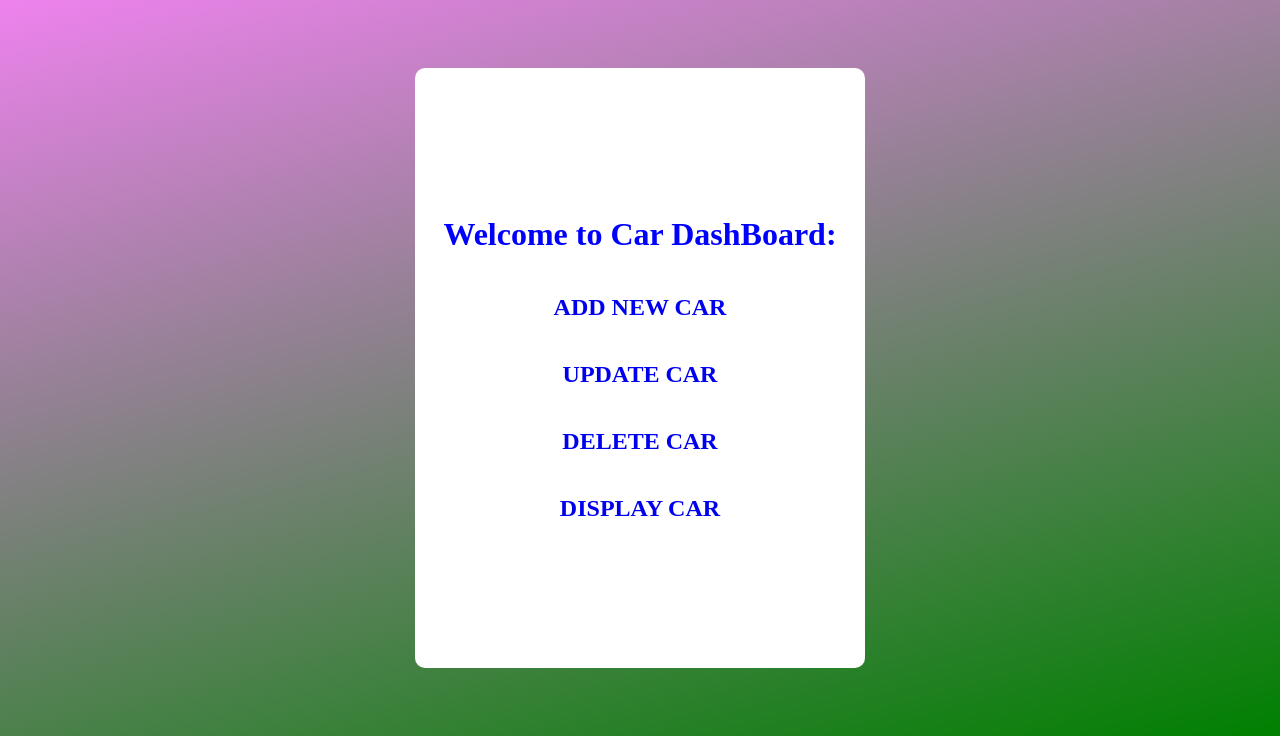
Repository: Dhirajkumar02/Advance-Java--J2EE-
Page: ServletProjecct_CarDB/src/main/webapp/index.html
An editor plug-in stored every save of this project. The page is shown before and after the next save, followed by the edit.
The browser window is 1280 px wide. The pictures show the whole page.

Above is the page before, as saved 2024-11-14 15:12:56.

### ServletProjecct_CarDB/src/main/webapp/index.html
<!DOCTYPE html>
<html>
<head>
<meta charset="UTF-8">
<title>Insert title here</title>
<style>
body{
height: 100vh;
display: flex;
justify-content: center;
align-items: center;
background: linear-gradient(165deg, violet, green);
}
div{
/* border: 2px solid black; */
height: 600px;
width: 450px;
background: white;
display: flex;
justify-content: center;
align-items: center;
flex-direction: column;
border-radius: 10px;
}

h1{
color: blue;
}

a{
text-decoration: none;

}
</style>
</head>
<body>
<div>
<h1>Welcome to Car DashBoard:</h1>
<h2>
<a href="AddCar.html">ADD NEW CAR</a>
</h2>

<h2>
<a href="UpdateCar.html">UPDATE CAR</a>
</h2>

<h2>
<a href="DeleteCar.html">DELETE CAR</a>
</h2>

<h2>
<a href="DisplayCar.html">DISPLAY CAR</a>
</h2>
</div>
</body>
</html>

After the next save:
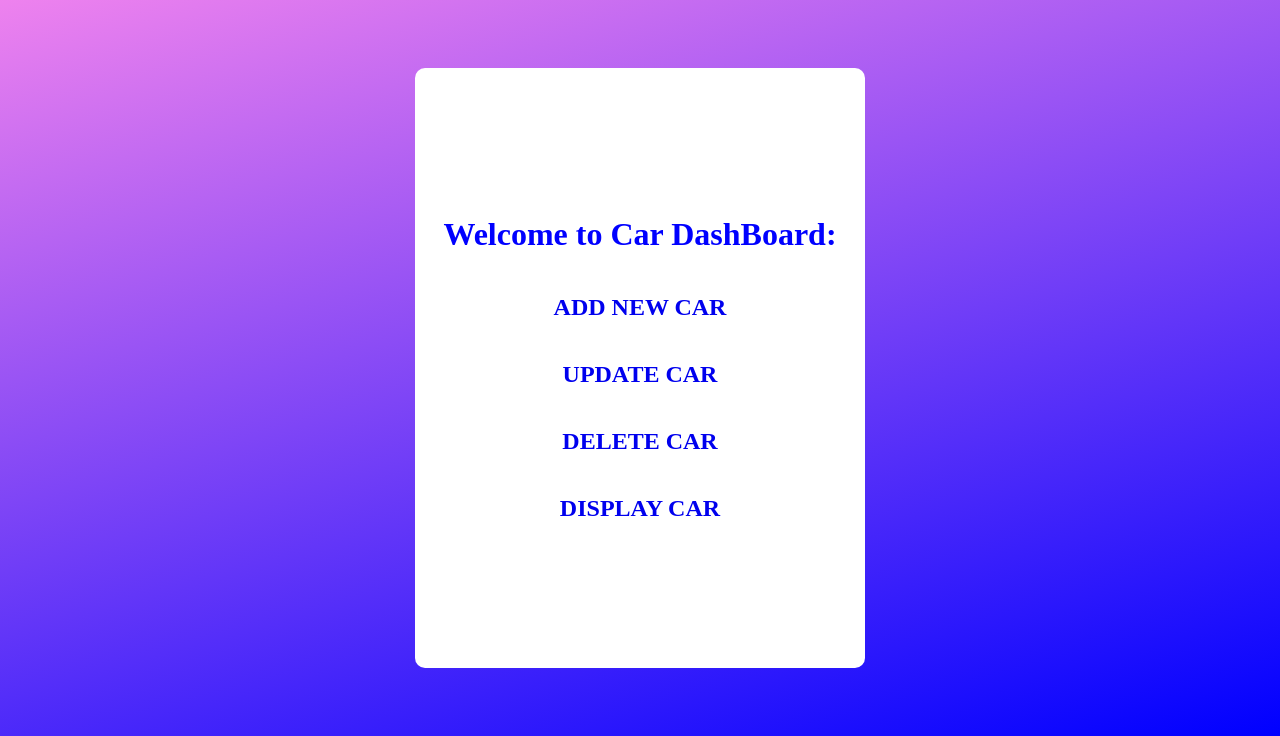
Saved 20 s later.
--- a/ServletProjecct_CarDB/src/main/webapp/index.html
+++ b/ServletProjecct_CarDB/src/main/webapp/index.html
@@ -9,10 +9,11 @@ height: 100vh;
 display: flex;
 justify-content: center;
 align-items: center;
-background: linear-gradient(165deg, violet, green);
+background: linear-gradient(165deg, violet, blue);
 }
 div{
-/* border: 2px solid black; */
+/* border: 2px solid black;
+*/
 height: 600px;
 width: 450px;
 background: white;
